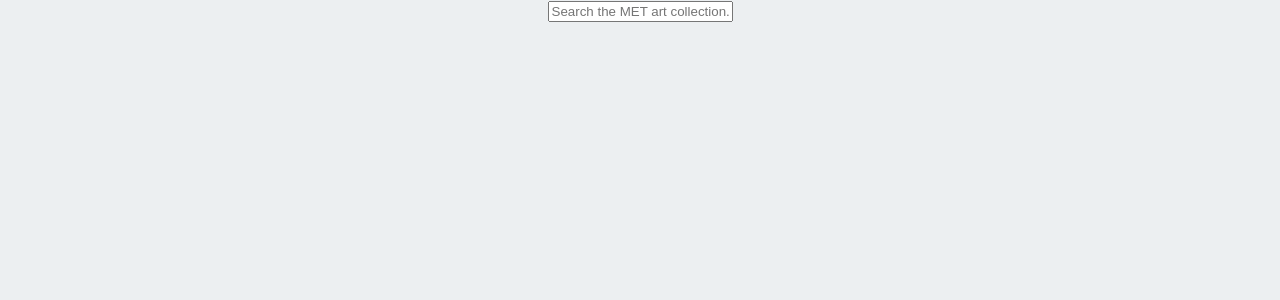
Repository: edulis8/MetSearchTool
Page: /
These files come from the project's save history. The page is drawn as it stood at one moment and after the next save; the edit follows.
The browser window is 1280 px wide. The pictures show the whole page.
The project was rebuilt for these pictures with package versions that can differ from the ones it lists, and the page was loaded fresh each time. Also part of the build but not shown: src/Pokecard.js, src/Pokedex.js.

Above is the page before, as saved 2020-01-16 10:04:35.

### src/App.js
import React from 'react';
import './App.css';
import Pokedex from './Pokedex';
import PokeGame from './PokeGame';

function App() {
  return (
    <div className="App">
      <PokeGame />
    </div>
  );
}

export default App;

### src/PokeGame.js
import React, { Component } from 'react'
// import Pokedex from './Pokedex';
import Axios from 'axios';
import Pokecard from './Pokecard';
// import './Pokedex.css';
const MET_API_BASE = 'https://collectionapi.metmuseum.org/public/collection/v1';


class PokeGame extends Component {
    constructor(props) {
        super(props);
        this.state = {
            objects: [],
            searchTerm: '',
            searching: false
        }
        this.handleSearchInputChanges = this.handleSearchInputChanges.bind(this);
    }
    // static defaultProps = {
    //     test: [
    //     ]
    // }
    handleSearchInputChanges(e) {
        this.setState({ searchTerm: e.target.value })
        // console.log(this.state.searchTerm);
        this.search();
    }
    search() {
        console.log('searchTerm', this.state.searchTerm);
        Axios.get(`${MET_API_BASE}/search?q=${this.state.searchTerm}`).then((response) => {
            this.setState({ objects: [], searching: true })
            // console.log(response.data.objectIDs.slice(0, 20));
            // console.log(response.status, response.statusText);
            console.log('RESPONSE', response);
            if (response.data.objectIDs) {
                const objectIDs = response.data.objectIDs.slice(0, 20);
                objectIDs.forEach((id, idx) => {
                    Axios.get(`${MET_API_BASE}/objects/${id}`).then((response) => {
                        // console.log(idx, response.data);
                        const newObjects = [...this.state.objects];
                        newObjects.push(response.data);
                        this.setState({ objects: newObjects })
                    })
                });
            } else {
                this.setState({ objects: [] })
            }
        });
        this.setState({ searching: true });
    }
    componentDidMount() {
        console.log('didMount');
    }
    render() {
        return (
            <div className='Pokedex'>
                <input type="text" placeholder="Search the MET art collection..." onChange={this.handleSearchInputChanges} />
                {this.state.objects.map(object =>
                    // <img src={object.primaryImage}></img>
                    <div className='Pokedex-cards'>
                        <Pokecard {...object} />
                    </div>

                )}
                {!this.state.objects.length && !this.state.searching && <p></p>}
                {this.state.searching && <p>Searching...</p>}

            </div>
        )
    }
}

export default PokeGame;

### src/Pokedex.css
.Pokedex {
    text-align: center;
}
.Pokedex-cards {
    display: flex;
    justify-content: space-evenly;
    flex-wrap: wrap;
}

Loaded but not shown: public/index.html (common file); src/index.js (common file); src/index.css (common file); src/serviceWorker.js (common file); src/App.css (common file)

After the next save:
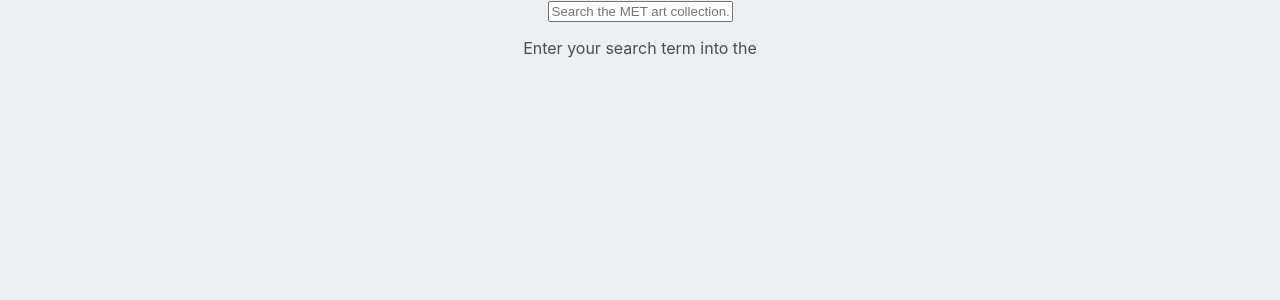
Saved 10 s later.
--- a/src/PokeGame.js
+++ b/src/PokeGame.js
@@ -62,7 +62,7 @@ class PokeGame extends Component {
                     </div>
 
                 )}
-                {!this.state.objects.length && !this.state.searching && <p></p>}
+                {!this.state.objects.length && !this.state.searching && <p>Enter your search term into the </p>}
                 {this.state.searching && <p>Searching...</p>}
 
             </div>
